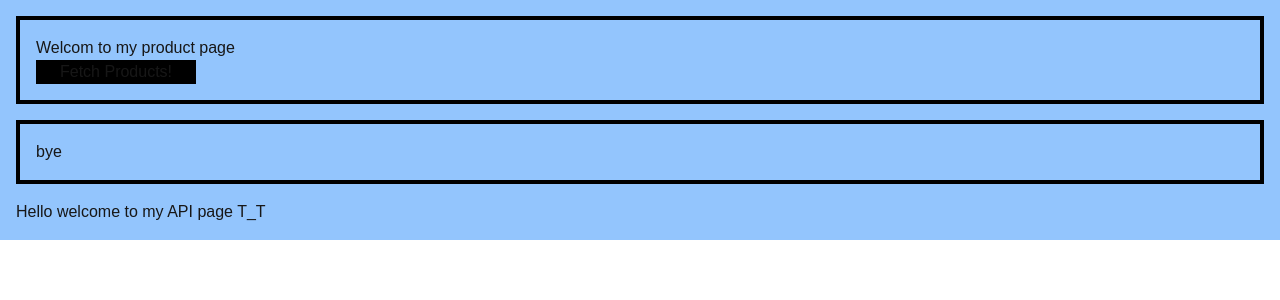
Repository: MelissaJacobi/mdia-3126
Page: /api (app in webapp-lab06/)
The author's editor kept a copy of each file at every save. The page is drawn from the files as they stood at one save, then again after the next save.
The browser window is 1280 px wide. The pictures show the whole page.
The project was rebuilt for these pictures with package versions that can differ from the ones it lists, and the page was loaded fresh each time. The framework's server and built-in components were replaced by stand-ins that run in the browser. Also part of the build but not shown: webapp-lab06/next.config.mjs.

Above is the page before, as saved 2024-10-08 15:00:20.

After the next save:
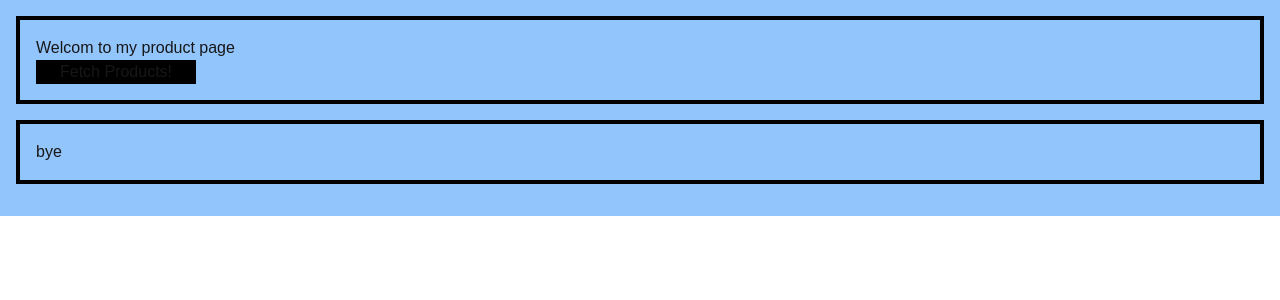
Saved 17 s later.
--- a/webapp-lab06/src/app/api/page.js
+++ b/webapp-lab06/src/app/api/page.js
@@ -41,7 +41,6 @@ export default function Page() {
                 >Fetch Products!</button>
             </header>
             <ProductList />
-            Hello welcome to my API page T_T
         </div>
     );
 }
